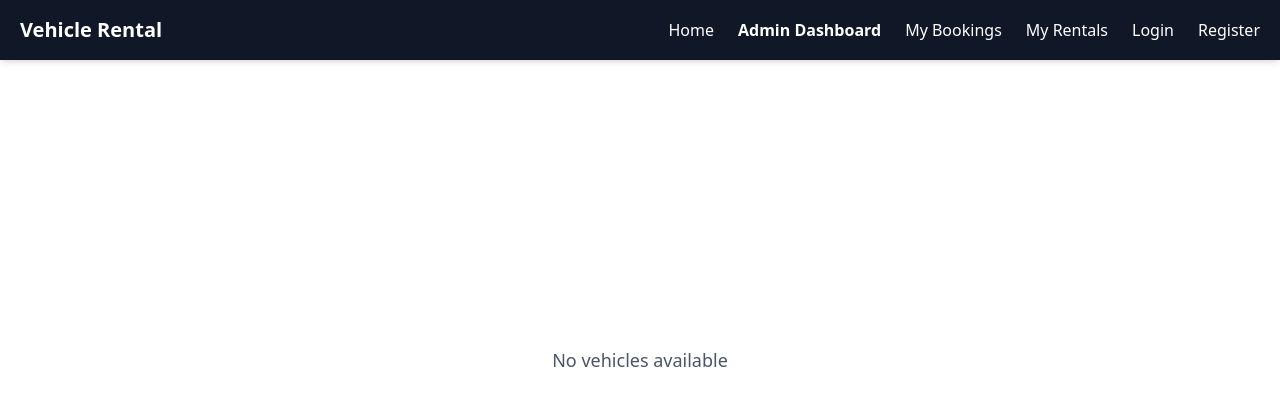
Repository: Sugan-g/vehicle-rental-system
Page: / (app in frontend/)
An editor plug-in stored every save of this project. The page is shown before and after the next save, followed by the edit.
The browser window is 1280 px wide. The pictures show the whole page.
The page's requests for data from a server got no answer. The project was rebuilt for these pictures with package versions that can differ from the ones it lists, and the page was loaded fresh each time. No one was signed in, and anything a server would have sent is missing. Also part of the build but not shown: frontend/vite.config.js, frontend/src/components/VehicleCard.jsx, frontend/src/components/BookingForm.jsx, frontend/src/components/ReviewForm.jsx, frontend/src/pages/VehiclePage.jsx, frontend/src/pages/LoginPage.jsx, frontend/src/pages/RegisterPage.jsx, frontend/src/pages/RentalHistoryPage.jsx and 5 more.

Above is the page before, as saved 2025-11-03 11:05:06.

### frontend/index.html
<!doctype html>
<html lang="en">
  <head>
    <meta charset="UTF-8" />
    <link rel="icon" type="image/svg+xml" href="/vite.svg" />
    <meta name="viewport" content="width=device-width, initial-scale=1.0" />
    <title>Vehicle Rental System</title>
        <link rel="stylesheet" href="/src/index.css" />

  </head>
  <body>
    <div id="root"></div>
    <script type="module" src="/src/main.jsx"></script>
  </body>
</html>

### frontend/src/main.jsx
import React from "react";
import ReactDOM from "react-dom/client";
import App from "./App.jsx";
import "./index.css";

ReactDOM.createRoot(document.getElementById("root")).render(
    <React.StrictMode>
        <App />
    </React.StrictMode>
);

### frontend/src/App.jsx
import { BrowserRouter as Router, Routes, Route } from "react-router-dom";
import Navbar from "./components/Navbar.jsx";
import HomePage from "./pages/HomePage.jsx";
import VehiclePage from "./pages/VehiclePage.jsx";
import LoginPage from "./pages/LoginPage.jsx";
import RegisterPage from "./pages/RegisterPage.jsx";
import RentalHistoryPage from "./pages/RentalHistoryPage.jsx";
import AdminPage from "./pages/AdminPage.jsx";
import BookingPage from "./pages/BookingPage.jsx";
import MyBookings from "./pages/MyBookings.jsx";
import EditBooking from "./pages/EditBooking.jsx";

function App() {
    return (
        <Router>
            <Navbar />
            <Routes>
                <Route path="/" element={<HomePage />} />
                <Route path="/vehicle/:id" element={<VehiclePage />} />
                <Route path="/login" element={<LoginPage />} />
                <Route path="/register" element={<RegisterPage />} />
                <Route path="/rental-history" element={<RentalHistoryPage />} />
                <Route path="/admin" element={<AdminPage />} />
                <Route path="/book/:vehicleId" element={<BookingPage />} />
                <Route path="/my-bookings" element={<MyBookings />} />
                <Route path="/edit-booking/:id" element={<EditBooking />} />

            </Routes>
        </Router>
    );
}

export default App;

### frontend/src/components/Navbar.jsx
import { Link, useNavigate } from "react-router-dom";
import { useState, useEffect } from "react";
import { FiMenu, FiX } from "react-icons/fi";

export default function Navbar() {
  const navigate = useNavigate();
  const [isLoggedIn, setIsLoggedIn] = useState(false);
  const [menuOpen, setMenuOpen] = useState(false);
  const [role, setRole] = useState(null);

  useEffect(() => {
    const token = localStorage.getItem("token");
    const userRole = localStorage.getItem("role");

    setIsLoggedIn(!!token);
    setRole(userRole);
  }, []);

  const handleLogout = () => {
    localStorage.removeItem("token");
    localStorage.removeItem("role");
    setIsLoggedIn(false);
    setRole(null);
    navigate("/login");
  };

  return (
    <nav className="bg-gray-900 text-white px-5 py-4 shadow-md fixed top-0 left-0 w-full z-50">
      <div className="flex justify-between items-center">
        <Link to="/" className="text-xl font-bold">
          Vehicle Rental
        </Link>

        {/* Mobile Menu Toggle */}
        <button
          className="md:hidden text-2xl"
          onClick={() => setMenuOpen(!menuOpen)}
        >
          {menuOpen ? <FiX /> : <FiMenu />}
        </button>

        {/* Desktop Menu */}
        <div className="hidden md:flex space-x-6 items-center">
          <Link to="/">Home</Link>

            <Link to="/admin" className="font-semibold">
              Admin Dashboard
            </Link>


         <Link to="/my-bookings">My Bookings</Link>
         <Link to="/rental-history">My Rentals</Link>

          {isLoggedIn ? (
            <button onClick={handleLogout} className="hover:text-red-400">
              Logout
            </button>
          ) : (
            <>
              <Link to="/login">Login</Link>
              <Link to="/register">Register</Link>
            </>
          )}

        </div>
      </div>

      {/* ✅ Mobile Dropdown Menu */}
      <div
        className={`md:hidden transition-all duration-300 overflow-hidden ${
          menuOpen ? "max-h-60 mt-3" : "max-h-0"
        }`}
      >
        <div className="bg-gray-800 p-5 rounded-lg flex flex-col space-y-4 text-center">
          <Link to="/" onClick={() => setMenuOpen(false)}>
            Home
          </Link>

          {isLoggedIn && role === "admin" && (
            <Link
              to="/admin/dashboard"
              onClick={() => setMenuOpen(false)}
              className="font-semibold text-yellow-400"
            >
              Admin Dashboard
            </Link>
          )}

          {isLoggedIn ? (
            <>
              <Link
                to="/rental-history"
                onClick={() => setMenuOpen(false)}
              >
                My Rentals
              </Link>
              <button
                onClick={() => {
                  handleLogout();
                  setMenuOpen(false);
                }}
                className="text-red-400 font-semibold"
              >
                Logout
              </button>
            </>
          ) : (
            <>
              <Link to="/login" onClick={() => setMenuOpen(false)}>
                Login
              </Link>
              <Link to="/register" onClick={() => setMenuOpen(false)}>
                Register
              </Link>
            </>
          )}
        </div>
      </div>
    </nav>
  );
}

### frontend/src/pages/HomePage.jsx
import { useEffect, useState } from "react";
import API from "../api/api.js";
import VehicleCard from "../components/VehicleCard.jsx";

export default function HomePage() {
    const [vehicles, setVehicles] = useState([]);
    const [loading, setLoading] = useState(true);

    useEffect(() => {
        const fetchVehicles = async () => {
            try {
                const res = await API.get("/vehicles");
                setVehicles(res.data);
            } catch (error) {
                console.error("Error fetching vehicles:", error);
            } finally {
                setLoading(false);
            }
        };
        fetchVehicles();
    }, []);

    if (loading) {
        return (
            <div className="flex justify-center items-center min-h-screen">
                <p className="text-lg font-medium text-gray-600">Loading vehicles...</p>
            </div>
        );
    }

    if (!vehicles.length) {
        return (
            <div className="flex justify-center items-center min-h-screen">
                <p className="text-lg font-medium text-gray-600">No vehicles available</p>
            </div>
        );
    }

    return (
        <div className="max-w-7xl mx-auto px-4 sm:px-6 lg:px-8 py-8">
            <h1 className="text-2xl font-bold mb-6 text-center md:text-left">
                Available Vehicles
            </h1>

            <div className="
                grid gap-6
                grid-cols-1
                sm:grid-cols-2
                lg:grid-cols-3
                xl:grid-cols-4
            ">
                {vehicles.map(vehicle => (
                    <VehicleCard key={vehicle._id} vehicle={vehicle} />
                ))}
            </div>
        </div>
    );
}

### frontend/src/api/api.js
import axios from "axios";

const API = axios.create({
    baseURL: "http://localhost:5000/api"
});

// Add token automatically
API.interceptors.request.use((req) => {
    const token = localStorage.getItem("token");
    if (token) req.headers.Authorization = `Bearer ${token}`;
    return req;
});

export default API;

Loaded but not shown: frontend/src/index.css (common file)

After the next save:
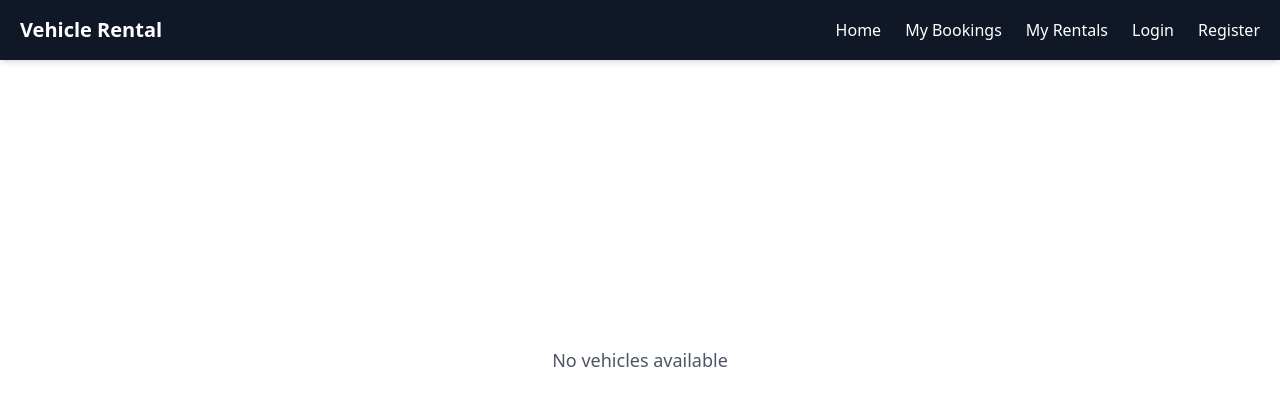
Saved 24 s later.
--- a/frontend/src/components/Navbar.jsx
+++ b/frontend/src/components/Navbar.jsx
@@ -43,9 +43,6 @@ export default function Navbar() {
         <div className="hidden md:flex space-x-6 items-center">
           <Link to="/">Home</Link>
 
-            <Link to="/admin" className="font-semibold">
-              Admin Dashboard
-            </Link>
 
 
          <Link to="/my-bookings">My Bookings</Link>
